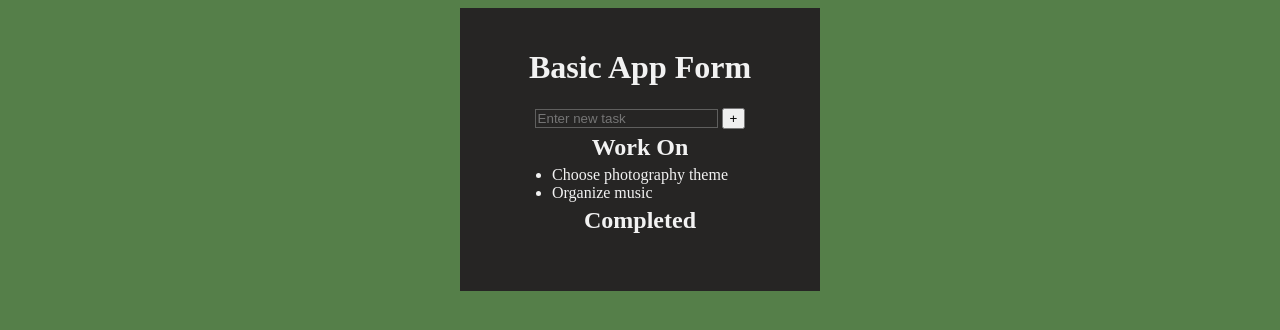
Repository: Kayla-amr/dgm_3760
Page: todoTemplate-W2/index.html
These files come from the project's save history. The page is drawn as it stood at one moment and after a run of saves; the edit follows.
The browser window is 1280 px wide. The pictures show the whole page.

Above is the page before, as saved 2022-10-17 17:09:16.

### todoTemplate-W2/index.html
<!DOCTYPE html>
<html lang="en">

<head>
    <meta charset="UTF-8">
    <meta http-equiv="X-UA-Compatible" content="IE=edge">
    <meta name="viewport" content="width=device-width, initial-scale=1.0">
    <link rel="stylesheet" href="styles.css">
    <title>Basic Todo App</title>
</head>

<body>
    <main>
        <div class="taskForm">
            <h1 class="formTitle"></h1>
            <div>
                <input class="userInput" type="text" placeholder="Enter new task">
                <button class="addTask">+</button>
            </div>
            <h2>Work On</h2>
            <ul class='todoTasks'>
            </ul>
            <h2>Completed</h2>
            <ul class='completeTasks'>
            </ul>
    </main>

    </div>
</body>
<script src="/todoTemplate-W2/index.js"></script>

</html>

### todoTemplate-W2/styles.css
body{
    background-color: #557f49;
    color: #f2f2f2;
}
main{
    display: flex;
    justify-content: center;
}

.taskForm{
    background-color: #262524;
    padding: 20px;
    width: 20rem;
    display: flex;
    flex-direction: column;
    justify-content: center;
    align-items: center;
}
h2{
    margin: 0;
    padding: 5px;
    text-align: left;
}
.todoTasks{
    margin: 0;
    padding: 0;
}
.completedTasks{
    margin: 0;
    padding: 0;
}
.userInput{
    background-color: #eaaf1900;
    border: 1px solid #808080a1;
    color: #f2f2f2;
}

### todoTemplate-W2/index.js
let myList = [
	{
		id: 0,
		name: 'Choose photography theme',
		category: 'Homework',
		due_date: 'Tomorrow',
		status: false
	},
	{
		id: 1,
		name: 'Organize music',
		category: 'Chores',
		due_date: 'Wednesday',
		status: false
	}
];

//app title
document.querySelector('.formTitle').innerText = 'Basic App Form';

//view todods


function displayTodos(todos) {
	//clear out any tasks (li elements) that are in the UL
	taskUl.innerHTML = '';

	//for each todo in the array, add it to the container UL
	todos.forEach(function(myTask) {
		taskUl.innerHTML += `<li data-todoId='${myTask.id}'> ${myTask.name} </li>`;
	});
}

//add todos

//store element object for the add task button
const addBtn = document.querySelector('.addTask')

addBtn.addEventListener('click', (event) => {
	addTask()
})

function addTask(){
  let userInput = document.querySelector('.userInput').value;
  const newTodoObj = {
	id: myList.length + 1,
	name: userInput,
	category: null,
	due_date: null,
	status: false
}

  myList.push(newTodoObj);

  displayTodos(myList)
}

// create a function to complete todos
function completeTask(){
	// function will take 1 parameter (input) an id of the todo to complete
	// find the todo to complete and then change the value of status in the todo object
		//use the .findIndex method to get the index
		//then edit the object directly using bracket notation
		//IE: myList[todoIDX].status
}


//create a function to delete todos
function deleteTask(){
	//much the same as the complete todo function
	//instead of editing the object, you will need to remove it from the array
}


//for complete and delete event listeners you will need to listen for events on the UL

//get a reference to the task container UL
const taskUl = document.querySelector('.todoTasks');

taskUl.addEventListener('click', (event) => {
	//get the id of the todo that the user clicked on.
	console.log(event.target.dataset.todoid)

	const clickedTodoId = event.target.dataset.todoid

	const todoIdx = myList.findIndex((todo) => todo.id == clickedTodoId)

	console.log(todoIdx)
	//flip the status value
	myList[todoIdx].status = !myList[todoIdx].status

	console.log(myList)

	displayTodos(myList)
})


//on page load, show the todos
displayTodos(myList)

After the next 6 saves:
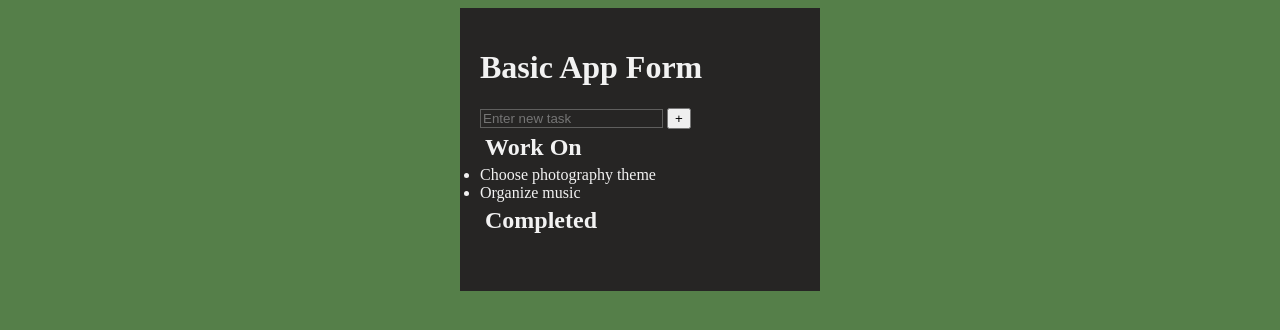
The 6 saves are shown as one change because they came seconds apart.
The last was saved 17 s later.
--- a/todoTemplate-W2/styles.css
+++ b/todoTemplate-W2/styles.css
@@ -6,7 +6,10 @@
     display: flex;
     justify-content: center;
 }
-
+h2{
+    margin: 0;
+    padding: 5px;
+}
 .taskForm{
     background-color: #262524;
     padding: 20px;
@@ -14,13 +17,8 @@
     display: flex;
     flex-direction: column;
     justify-content: center;
-    align-items: center;
 }
-h2{
-    margin: 0;
-    padding: 5px;
-    text-align: left;
-}
+
 .todoTasks{
     margin: 0;
     padding: 0;

After the save that followed:
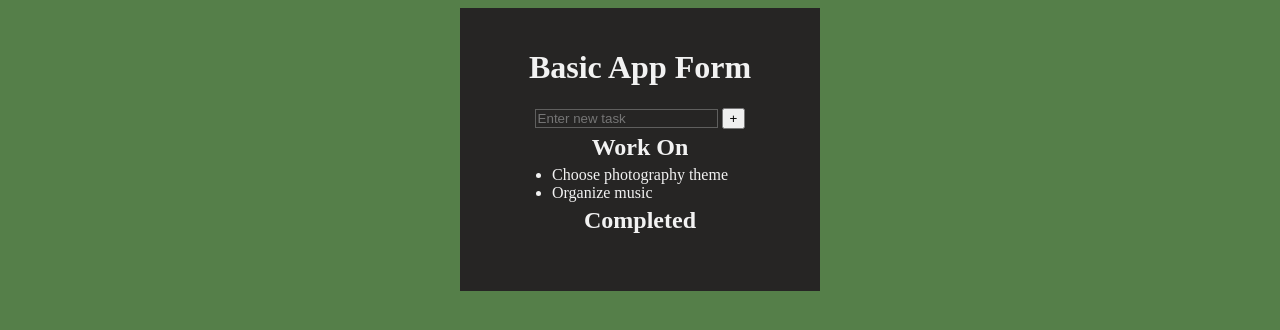
Saved 4 s later.
--- a/todoTemplate-W2/styles.css
+++ b/todoTemplate-W2/styles.css
@@ -17,6 +17,7 @@
     display: flex;
     flex-direction: column;
     justify-content: center;
+    align-items: center;
 }
 
 .todoTasks{
